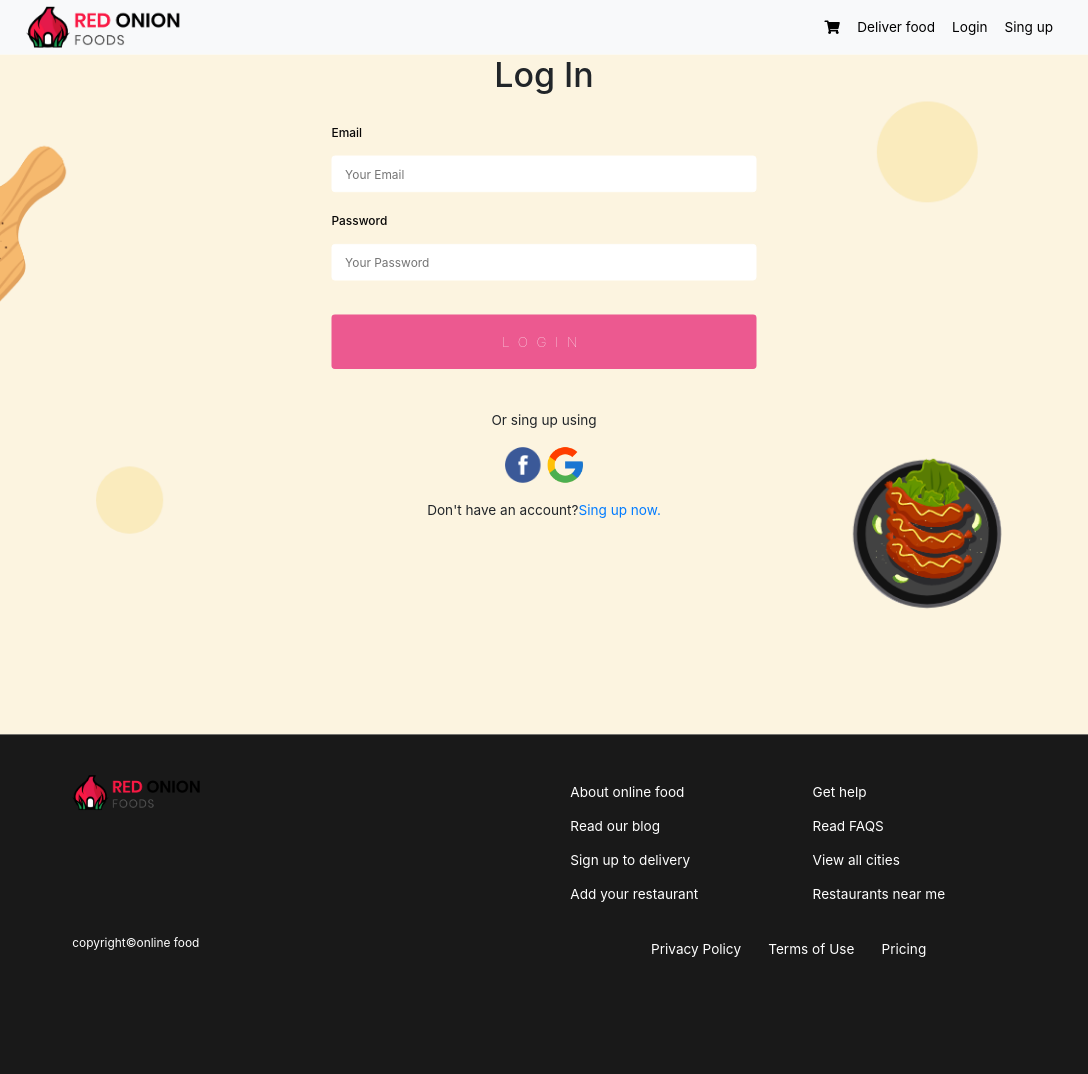
Repository: arif286/red-onion-client
Page: /login
An editor plug-in stored every save of this project. The page is shown before and after the next save, followed by the edit.
The browser window is 1280 px wide. The pictures show the whole page, at 85% of full size.
The project was rebuilt for these pictures with package versions that can differ from the ones it lists, and the page was loaded fresh each time. Also part of the build but not shown: src/App.css, src/components/Cart/Cart.js, src/components/SearchBar/SearchBar.css, src/components/SearchBar/SearchBar.js, src/components/FoodDetails/FoodDetail.css, src/components/FoodDetails/FoodDetail.js, src/components/DeliveryFood/DeliveryFood.js, src/components/Food/Food.css and 5 more.

Above is the page before, as saved 2021-03-30 02:00:19.

### src/App.js
import "bootstrap/dist/css/bootstrap.min.css";
import React, { createContext, useState } from "react";
import { BrowserRouter as Router, Route, Switch } from "react-router-dom";
import './App.css';
import Cart from "./components/Cart/Cart";
import FoodDetail from "./components/FoodDetails/FoodDetail";
import Footer from "./components/Footer/Footer";
import Header from "./components/Header/Header";
import Home from './components/Home/Home';
import Login from "./components/LogIn/Login";
import PrivateRoute from "./components/PrivateRoute/PrivateRoute";
import SingUp from "./components/SingUp/SingUp";


export const UserContext = createContext();
function App() {
  const [loggedInUser, setLoggedInUser] = useState({});
  return (
    <UserContext.Provider value={[loggedInUser, setLoggedInUser]}>
      <Router>
        <Header />
        <Switch>
          <Route path="/home">
            <Home />
          </Route>
          <Route path="/signUp">
            <SingUp />
          </Route>
          <Route path="/login">
            <Login />
          </Route>
          <Route path="/food/details/:foodId">
            <FoodDetail />
          </Route>
          <PrivateRoute>
            <Cart/>
          </PrivateRoute>
          <Route exact path="/">
            <Home/>
          </Route>
        </Switch>
        <Footer />
      </Router>
    </UserContext.Provider>
  );

}

export default App;

### src/components/Footer/Footer.js
import React from 'react';
import { NavLink } from 'react-bootstrap';
import Logo from '../../onion-restaurent/logo2.png';
import './Footer.css';

const Footer = () => {
    return (
      <footer>
        <div className="container">
          <div className="row pt-5">
            <div className="col-md-6 col-sm-12 pb-4">
              <img className="footer-img" src={Logo} alt="" />
            </div>
            <div className="col-md-3 col-sm-12 pb-4">
              <ul className="nav flex-column">
                <li className="nav-item">
                  <NavLink
                    className="nav-link active footer-link"
                    aria-current="page"
                    to="/"
                  >
                    About online food
                  </NavLink>
                </li>
                <li className="nav-item">
                  <NavLink className="nav-link footer-link" to="/">
                    Read our blog
                  </NavLink>
                </li>
                <li className="nav-item">
                  <NavLink className="nav-link footer-link" to="/">
                    Sign up to delivery
                  </NavLink>
                </li>
                <li className="nav-item">
                  <NavLink className="nav-link footer-link" to="/">
                    Add your restaurant
                  </NavLink>
                </li>
              </ul>
            </div>
            <div className="col-md-3 col-sm-12 pb-4">
              <ul className="nav flex-column">
                <li className="nav-item">
                  <NavLink
                    className="nav-link footer-link"
                    aria-current="page"
                    to="/"
                  >
                    Get help
                  </NavLink>
                </li>
                <li className="nav-item">
                  <NavLink className="nav-link footer-link" to="/">
                    Read FAQS
                  </NavLink>
                </li>
                <li className="nav-item">
                  <NavLink className="nav-link footer-link" to="/">
                    View all cities
                  </NavLink>
                </li>
                <li className="nav-item">
                  <NavLink className="nav-link footer-link" to="/">
                    Restaurants near me
                  </NavLink>
                </li>
              </ul>
            </div>
          </div>

          <div className="row">
            <div className="col-md-7">
              <p className='copy-right'>
                <small>
                  copyright<span>&#169;</span>online food
                </small>
              </p>
            </div>
            <div className="col-md-5">
              <div className='d-flex'>
                <NavLink className="footer-link">Privacy Policy</NavLink>
                <NavLink className="footer-link">Terms of Use</NavLink>
                <NavLink className="footer-link">Pricing</NavLink>
              </div>
            </div>
          </div>
        </div>
      </footer>
    );
};

export default Footer;

### src/components/Header/Header.js
import { faShoppingCart } from "@fortawesome/free-solid-svg-icons";
import { FontAwesomeIcon } from "@fortawesome/react-fontawesome";
import React from 'react';
import { NavLink } from "react-router-dom";
import logo from '../../onion-restaurent/logo2.png';
import './Header.css';
const cart = <FontAwesomeIcon icon={faShoppingCart} />;
const Header = () => {
    const header = {
        logo : {width: '180px'}
    }
    return (
      <div>
        <nav className="navbar navbar-expand-lg navbar-light bg-light">
          <div className="container-fluid">
            <div>
              <img style={header.logo} src={logo} alt="" />
            </div>
            <button
              className="navbar-toggler"
              type="button"
              data-bs-toggle="collapse"
              data-bs-target="#navbarNav"
              aria-controls="navbarNav"
              aria-expanded="false"
              aria-label="Toggle navigation"
            >
              <span className="navbar-toggler-icon"></span>
            </button>
            <div
              className="collapse  navbar-collapse justify-content-end"
              id="navbarNav"
            >
              <ul className="navbar-nav">
                <li className="nav-item">
                  <NavLink className="header-link" to="/">
                    {cart}
                  </NavLink>
                </li>
                <li className="nav-item">
                  <NavLink className="header-link" to="/cart">
                    Deliver food
                  </NavLink>
                </li>
                <li className="nav-item">
                  <NavLink className="header-link" to="/login">
                    Login
                  </NavLink>
                </li>
                <li className="nav-item">
                  <NavLink className="header-link" to="/signUp">
                    Sing up
                  </NavLink>
                </li>
              </ul>
            </div>
          </div>
        </nav>
      </div>
    );
};

export default Header;

### src/components/LogIn/Login.js
import React, { useContext } from "react";
import { useForm } from "react-hook-form";
import { Link, useHistory } from "react-router-dom";
import { UserContext } from "../../App";
import image from "../../onion-restaurent/bannerbackground.png";
import { initializeLoginFramework, logInWithEmailPassword } from "./LoginManager";
import WithoutLogin from "./WithoutLogin";


const bgImage = {
  backgroundImage: `url(${image})`,
  backgroundRepeat: "no-repeat, repeat",
  minHeight: "800px",
  backgroundSize: "cover",
  backgroundPosition: "bottom",
};
const Login = () => {
  const [loggedInUser, setLoggedInUser] = useContext(UserContext);
  // const [newLogInUser, setNewLogInUser] = useState({
  //   isSignedIn: false,
  //   name: '',
  //   email: '',
  //   password: '',
  //   photo: '',
  //   phone: ''
  // });
console.log(loggedInUser, loggedInUser.displayName);
  let history = useHistory()
  const { register, handleSubmit, errors } = useForm();
  const onSubmit = (data) => {
      initializeLoginFramework();
      const {email, password} = data
      logInWithEmailPassword(email, password)
        .then(res => {
          setLoggedInUser(res);
          history.push('/home')
        })
        .catch(error => {
          setLoggedInUser(error);
        })
  };

  return (
    <div style={bgImage}>
      <div className="container">
        <h1 className="form-header">Log In</h1>
        {loggedInUser.email && (
          <div className="d-flex justify-content-center">
            <p
              style={{ width: "500px" }}
              className="alert alert-success"
              role="alert"
            >
              You have login successfully!
            </p>
          </div>
        )}
        <form className="form-submit" onSubmit={handleSubmit(onSubmit)}>
          <label htmlFor="email">Email</label>
          <input
            defaultValue={loggedInUser?.email}
            name="email"
            placeholder="Your Email"
            type="email"
            ref={register({
              required: true,
              pattern: /^(([^<>()[\]\\.,;:\s@"]+(\.[^<>()[\]\\.,;:\s@"]+)*)|(".+"))@((\[[0-9]{1,3}\.[0-9]{1,3}\.[0-9]{1,3}\.[0-9]{1,3}\])|(([a-zA-Z\-0-9]+\.)+[a-zA-Z]{2,}))$/,
            })}
          />
          {errors.email && <p>Your email is invalid</p>}
          <label htmlFor="password">Password</label>
          <input
            defaultValue={loggedInUser?.password}
            name="password"
            placeholder="Your Password"
            type="password"
            ref={register({
              required: true,
              pattern: /^(?=.*\d)(?=.*[a-z])(?=.*[A-Z]).{6,20}$/,
            })}
          />
          {errors.password && (
            <p>
              password between 6 to 20 characters which contain one numeric
              digit, one uppercase and one lowercase letter.
            </p>
          )}
          <input type="submit" value="Login" />
        </form>
        {!setLoggedInUser.success && (
          <p className="text-center">{setLoggedInUser.error}</p>
        )}
        <div>
          <WithoutLogin />
          <p className="text-center">
            Don't have an account?
            <Link to="/singUp">Sing up now.</Link>
          </p>
        </div>
      </div>
    </div>
  );
};

export default Login;

### src/components/Footer/Footer.css
.footer-img {
  width: 150px;
}
footer {
  background-color: #191919;
  height: 400px;
}
.footer-link {
  color: white;
}
.footer-link:hover {
  color: #878787;
}
.copy-right {
  color: white;
}

### src/components/Header/Header.css
.header-link {
  color: black;
  display: inline-block;
  padding: 10px;
}
.header-link:hover {
  text-decoration: none;
  color: #777777;
}

### src/components/LogIn/LoginManager.js
import firebase from "firebase/app";
import "firebase/auth";
import firebaseConfig from "./firebase.config";


export const initializeLoginFramework = () => {
  if (firebase.apps.length === 0) {
    firebase.initializeApp(firebaseConfig);
  }
};

const provider = new firebase.auth.GoogleAuthProvider();

export const handleGoogleSingIn = () => {
    return firebase
      .auth()
      .signInWithPopup(provider)
      .then((result) => {

          const { displayName, email, phoneNumber, photoURL } = result.user;
          const signInUser = {
              isSignIn: true,
              name: displayName,
              email: email,
              phone: phoneNumber,
              photo: photoURL,
          };
          return signInUser;
      })
      .catch((error) => {
        // Handle Errors here.
        const signInUser = {
          isSignIn: false,
          name: '',
          email: '',
          password: '',
          phone: '',
          photo: '',
        }
        signInUser.error = error.message;
        return signInUser;
      });
}
export const logInWithEmailPassword = (email, password) => {
    return firebase
      .auth()
      .signInWithEmailAndPassword(email, password)
      .then(res => {
        const newUserInfo = res.user
        newUserInfo.error = '';
        newUserInfo.success = true;
        return newUserInfo;
          })
      .catch((error) => {
        const newUserInfo = {}
        newUserInfo.error = error.message;
        newUserInfo.success = false;
        console.log(error.message)
        return newUserInfo;
      });
}

export const createAccountWithEmailPassword = (email, password, name) => {
  return firebase
    .auth()
    .createUserWithEmailAndPassword(email, password)
    .then((res) => {
      const newUserInfo = res.user
      newUserInfo.error = '';
      newUserInfo.success = true;
      updateUserName(name);
      return newUserInfo;
    })
    .catch((error) => {
      console.log(error);
      const newUserInfo = {}
      newUserInfo.error = error.message;
      newUserInfo.success = false;
      return newUserInfo;
    });
};

const updateUserName = (name) => {
  const user = firebase.auth().currentUser;

  user
    .updateProfile({
      displayName: name,
    })
    .then(function () {
      // Update successful.
      console.log("user name update");
    })
    .catch(function (error) {
      // An error happened.
      console.log(error);
    });
};

const fbProvider = new firebase.auth.FacebookAuthProvider();

export const handleFacebookSignIn = () => {
   return firebase
    .auth()
    .signInWithPopup(fbProvider)
    .then((result) => {
      const { displayName, email, phoneNumber, photoURL } = result.user;
      const signInUser = {
        isSignIn: true,
        name: displayName,
        email: email,
        phone: phoneNumber,
        photo: photoURL,
      };
      return signInUser;
    })
     .catch((error) => {
      console.log(error);
      const signInUser = {
        isSignIn: false,
        name: "",
        email: "",
        password: "",
        phone: "",
        photo: "",
      };
      signInUser.error = error.message;
      return signInUser;
    });
}

### src/components/LogIn/WithoutLogin.js
import React, { useContext } from 'react';
import { useHistory, useLocation } from "react-router-dom";
import { UserContext } from '../../App';
import facebook from "../../onion-restaurent/ICON/Facebook.png";
import google from "../../onion-restaurent/ICON/Google.png";
import "./Login.css";
import {
    handleFacebookSignIn,
    handleGoogleSingIn,
    initializeLoginFramework
} from "./LoginManager";


const WithoutLogin = () => {
    const [loggedInUser, setLoggedInUser] = useContext(UserContext);
    const history = useHistory();
    const location = useLocation();
    const { from } = location.state || { from: { pathname: "/" } };

    initializeLoginFramework();

      const handleGoogleLogin = () => {
        handleGoogleSingIn().then((res) => {
          console.log(res);
          setLoggedInUser(res);
          history.replace(from);
        });
        console.log("click me");
    };

      const handleFacebookLogin = () => {
        handleFacebookSignIn()
          .then((res) => {
            setLoggedInUser(res);
          })
          .catch((error) => {
            setLoggedInUser(error);
          });
      };
    return (
      <div className="mt-5">
        <p className="text-center">Or sing up using</p>
        <div className="d-flex justify-content-center">
          <p className="icon">
            <img onClick={handleFacebookLogin} src={facebook} alt="" />
          </p>
          <p className="icon">
            <img onClick={handleGoogleLogin} src={google} alt="" />
          </p>
        </div>
      </div>
    );
};

export default WithoutLogin;

### src/components/SingUp/SingUp.css
.form-submit {
  max-width: 500px;
  margin: 0 auto;
}

.form-header {
  /* font-weight: 100; */
  text-align: center;
  padding-bottom: 10px;
}

.form {
  background: #0e101c;
  max-width: 400px;
  margin: 0 auto;
}

.form-submit p {
  color: #bf1650;
}

.form-submit p::before {
  display: inline;
  content: "⚠ ";
}

.form-submit input {
  display: block;
  box-sizing: border-box;
  width: 100%;
  border-radius: 4px;
  border: 1px solid white;
  padding: 10px 15px;
  margin-bottom: 10px;
  font-size: 14px;
}

.form-submit label {
  line-height: 2;
  text-align: left;
  display: block;
  margin-bottom: 13px;
  margin-top: 20px;
  color: #080707;
  font-size: 14px;
  font-weight: 500;
}

button[type="submit"],
.form-submit input[type="submit"] {
  background: #ec5990;
  color: white;
  text-transform: uppercase;
  border: none;
  margin-top: 40px;
  padding: 20px;
  font-size: 16px;
  font-weight: 100;
  letter-spacing: 10px;
}

button[type="submit"]:hover,
.form-submit input[type="submit"]:hover {
  background: #bf1650;
}

/* button[type="submit"]:active,
.form-submit input[type="button"]:active,
.form-submit input[type="submit"]:active {
  transition: 0.3s all;
  transform: translateY(3px);
  border: 1px solid transparent;
  opacity: 0.8;
}

.form-submit input:disabled {
  opacity: 0.4;
}

.form-submit input[type="button"]:hover {
  transition: 0.3s all;
}

button[type="submit"],
.form-submit input[type="button"],
.form-submit input[type="submit"] {
  -webkit-appearance: none;
}

.App {
  max-width: 600px;
  margin: 0 auto;
}

button[type="button"] {
  display: block;
  appearance: none;
  background: #333;
  color: white;
  border: none;
  text-transform: uppercase;
  padding: 10px 20px;
  border-radius: 4px;
}

pre {
  color: white;
}

hr {
  margin-top: 30px;
}

button {
  display: block;
  appearance: none;
  margin-top: 40px;
  border: 1px solid #333;
  margin-bottom: 20px;
  text-transform: uppercase;
  padding: 10px 20px;
  border-radius: 4px;
} */

### src/components/LogIn/firebase.config.js
const firebaseConfig = {
  apiKey: "AIzaSyBWzfoc-TsST_RbsttCqWiNlDbUF6bRq4I",
  authDomain: "red-onion-food-shop.firebaseapp.com",
  projectId: "red-onion-food-shop",
  storageBucket: "red-onion-food-shop.appspot.com",
  messagingSenderId: "577645791834",
  appId: "1:577645791834:web:0a8111144bda71c388e663",
};
export default firebaseConfig;

### src/components/LogIn/Login.css
.icon img {
  width: 50px;
}

Loaded but not shown: public/index.html (common file); src/index.js (common file); src/index.css (common file); src/reportWebVitals.js (common file)

After the next save:
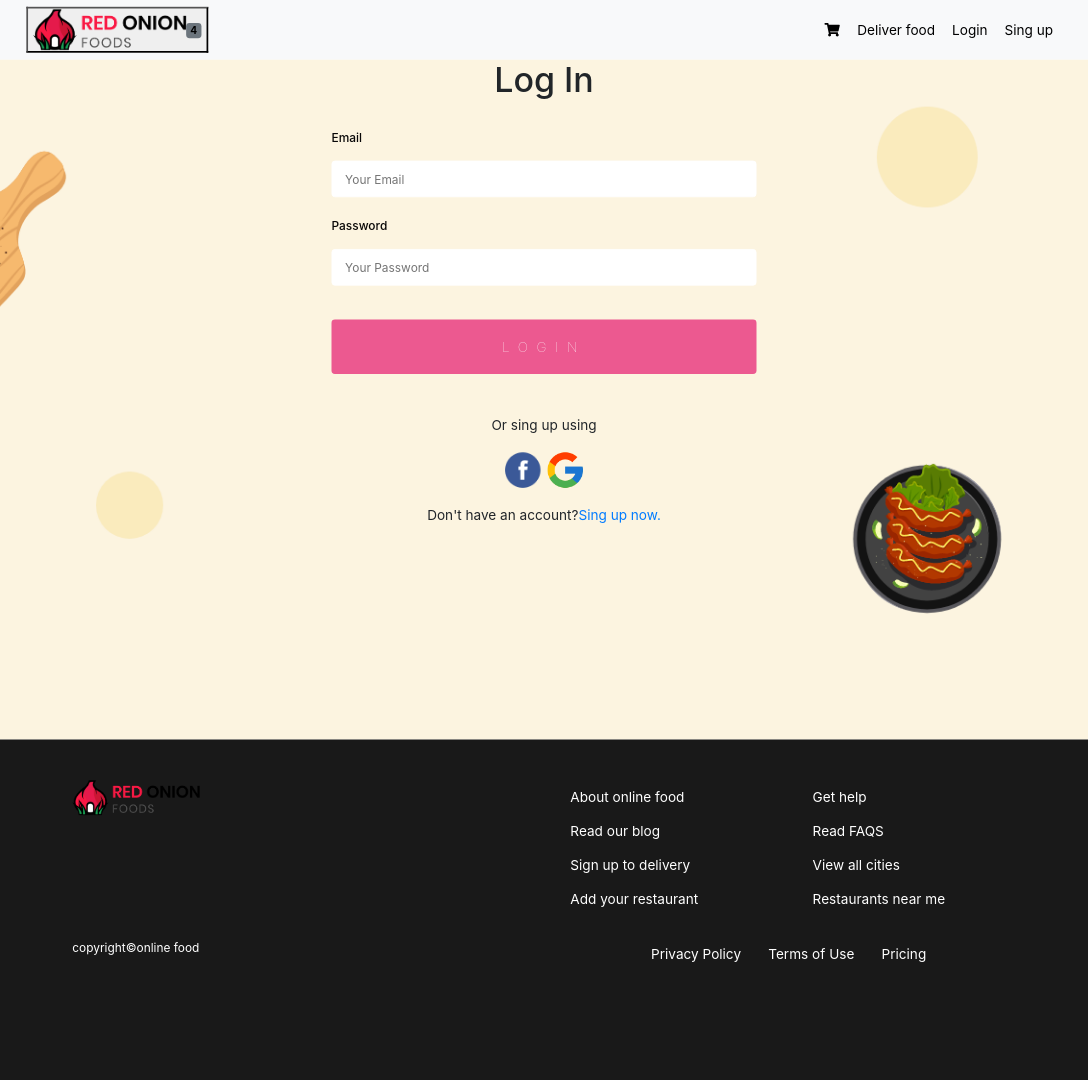
Saved 8 min 2 s later.
--- a/src/components/Header/Header.js
+++ b/src/components/Header/Header.js
@@ -13,9 +13,10 @@
       <div>
         <nav className="navbar navbar-expand-lg navbar-light bg-light">
           <div className="container-fluid">
-            <div>
+            <button>
               <img style={header.logo} src={logo} alt="" />
-            </div>
+              <span class="badge bg-secondary">4</span>
+            </button>
             <button
               className="navbar-toggler"
               type="button"

After the save that followed:
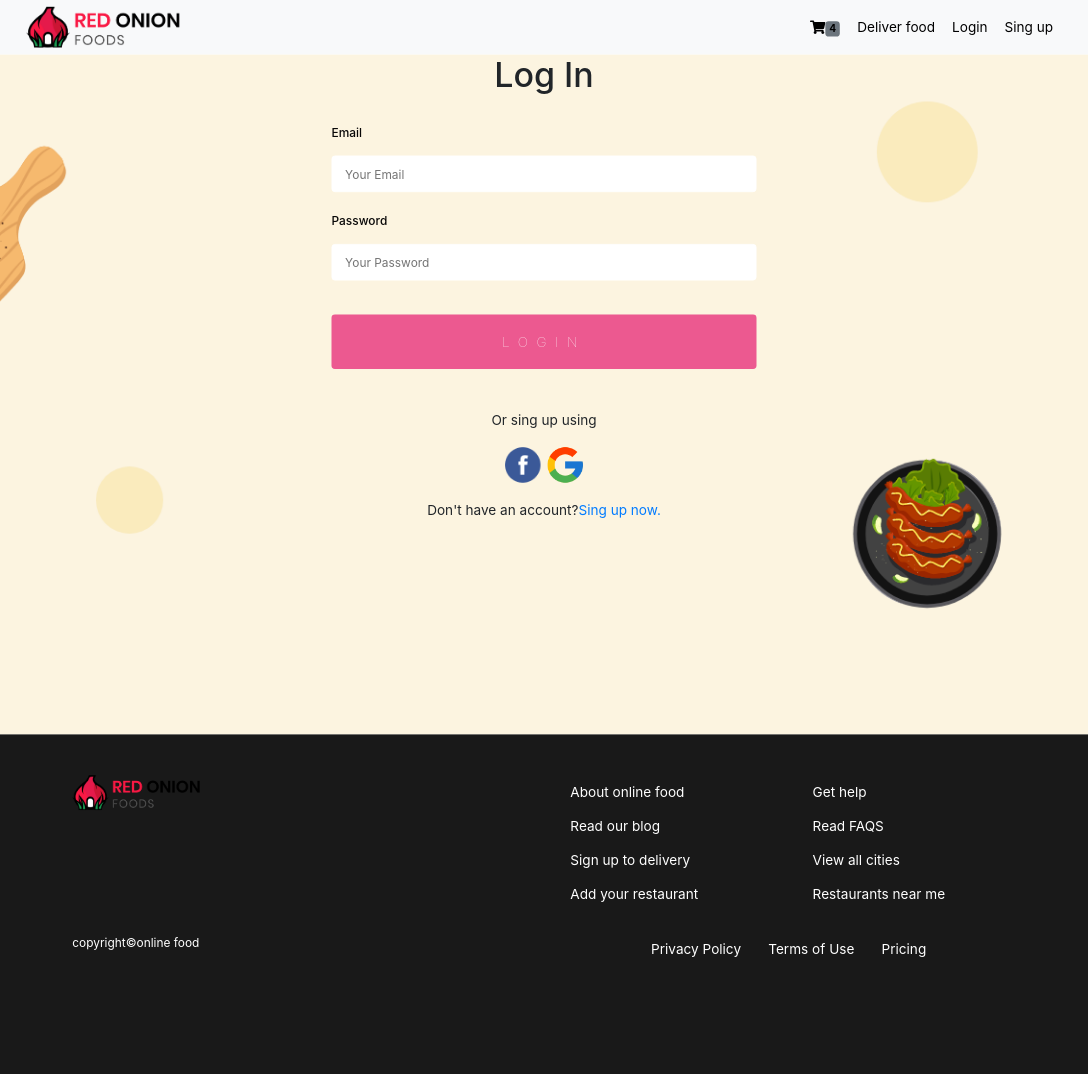
Saved 56 s later.
--- a/src/components/Header/Header.js
+++ b/src/components/Header/Header.js
@@ -13,10 +13,9 @@
       <div>
         <nav className="navbar navbar-expand-lg navbar-light bg-light">
           <div className="container-fluid">
-            <button>
+            <div>
               <img style={header.logo} src={logo} alt="" />
-              <span class="badge bg-secondary">4</span>
-            </button>
+            </div>
             <button
               className="navbar-toggler"
               type="button"
@@ -36,6 +35,7 @@
                 <li className="nav-item">
                   <NavLink className="header-link" to="/">
                     {cart}
+                    <span class="badge bg-secondary">4</span>
                   </NavLink>
                 </li>
                 <li className="nav-item">
